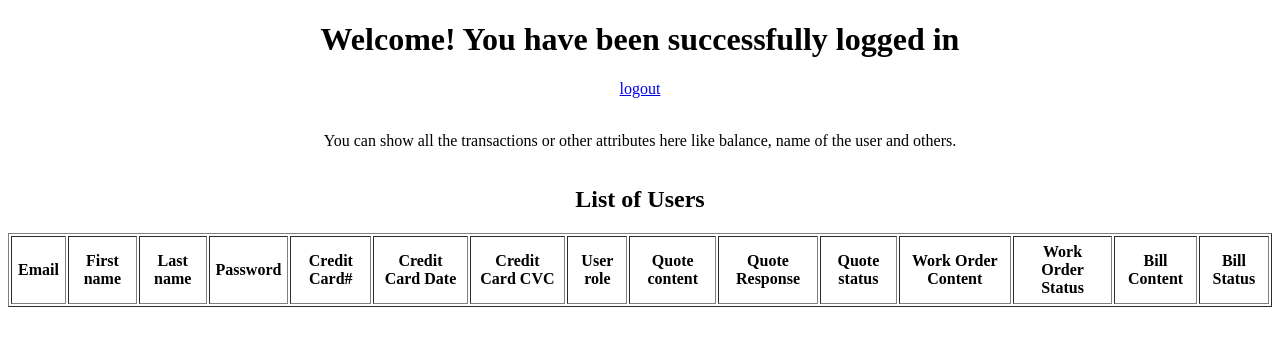
Repository: jacknishanian/Database-project
Page: http://localhost/database/activitypage.jsp
These files come from the project's save history. The page is drawn as it stood at one moment and after the next save; the edit follows.
The browser window is 1280 px wide. The pictures show the whole page.
The page is served by Tomcat 9.

Above is the page before, as saved 2023-10-18 01:35:39.

After the next save:
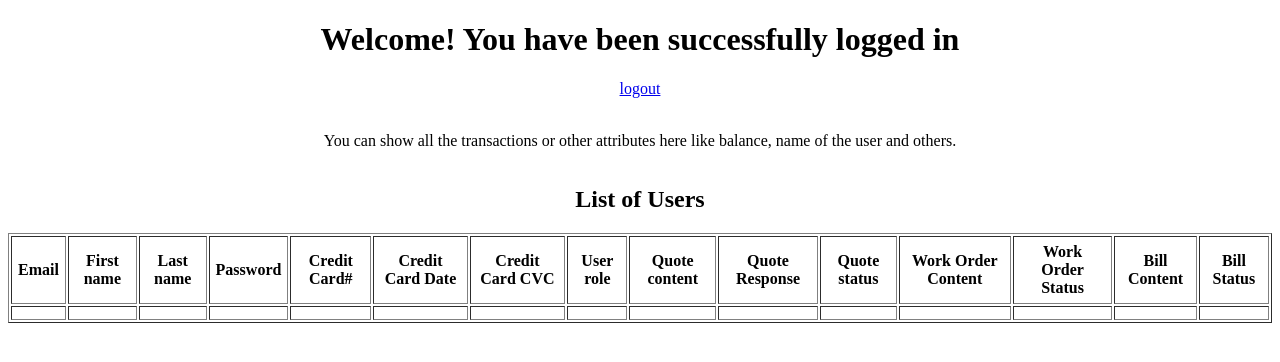
Saved 62 s later.
--- a/database/WebContent/activitypage.jsp
+++ b/database/WebContent/activitypage.jsp
@@ -38,12 +38,12 @@
                 <th>Bill Status</th>
 
             </tr>
-            <c:forEach var="users" items="${listUser}">
+
                 <tr style="text-align:center">
-                    <td><c:out value="${users.email}" /></td>
-                    <td><c:out value="${users.firstName}" /></td>
-                    <td><c:out value="${users.lastName}" /></td>
-                    <td><c:out value="${users.password}" /></td>
+                    <td><c:out value="${user.email}" /></td>
+                    <td><c:out value="${user.firstName}" /></td>
+                    <td><c:out value="${user.lastName}" /></td>
+                    <td><c:out value="${user.password}" /></td>
                     <td><c:out value="${users.card_num}" /></td>
                     <td><c:out value="${users.card_date}" /></td>
                     <td><c:out value="${users.card_cvc}" /></td>
@@ -56,7 +56,7 @@
                     <td><c:out value="${users.bill_of_work_content}"/></td>
                     <td><c:out value="${users.bill_of_work_status}" /></td>
 
-            </c:forEach>
+
         </table>
 
 		 </center>
